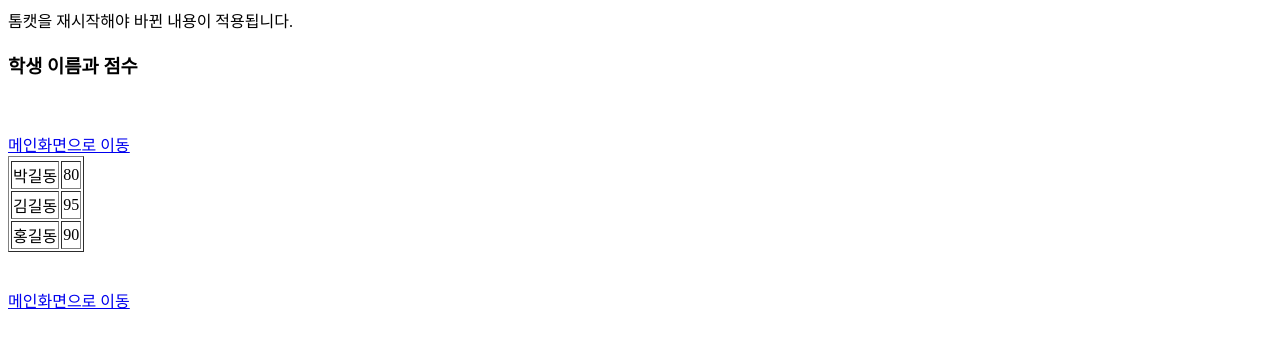
Repository: HeeJaeRA/Yedam
Page: http://localhost/helloWeb/LoginServlet
The author's editor kept a copy of each file at every save. The page is drawn from the files as they stood at one save, then again after the next save.
The browser window is 1280 px wide. The pictures show the whole page.
The page is served by Tomcat 9.

Above is the page before, as saved 2023-10-24 01:30:59.

After the next save:
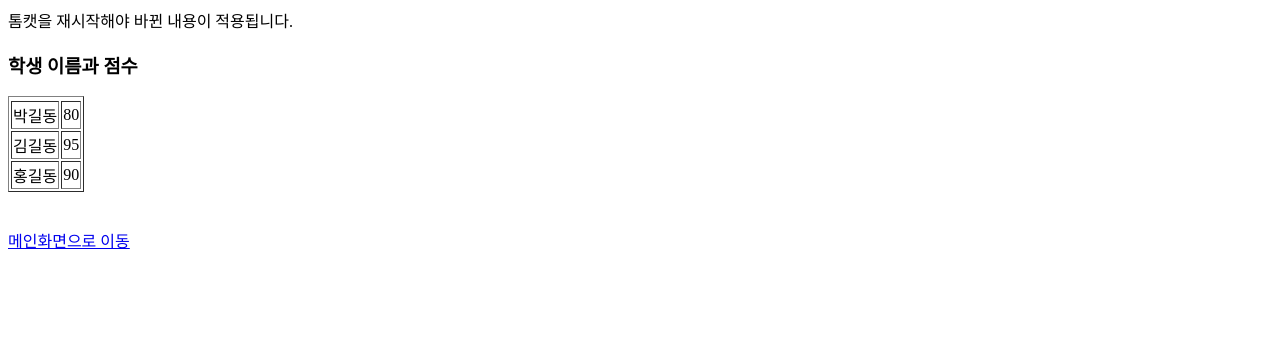
Saved 14 s later.
--- a/Dev/workspace/helloWeb/src/main/java/org/yedam/LoginServlet.java
+++ b/Dev/workspace/helloWeb/src/main/java/org/yedam/LoginServlet.java
@@ -38,7 +38,6 @@ public class LoginServlet extends HttpServlet {
 		out.print("<br><h3>학생 이름과 점수</h3>");
 
 		String str = "<table border = '1'><thead><tr>";
-		str += "<br><br><a href = 'index.html'>메인화면으로 이동</a>";
 		str += "<tbody>";
 		for (String item : keyset) {
 			str += "<tr><td>" + item + "</td><td>" + map.get(item) + "</td></tr>";
